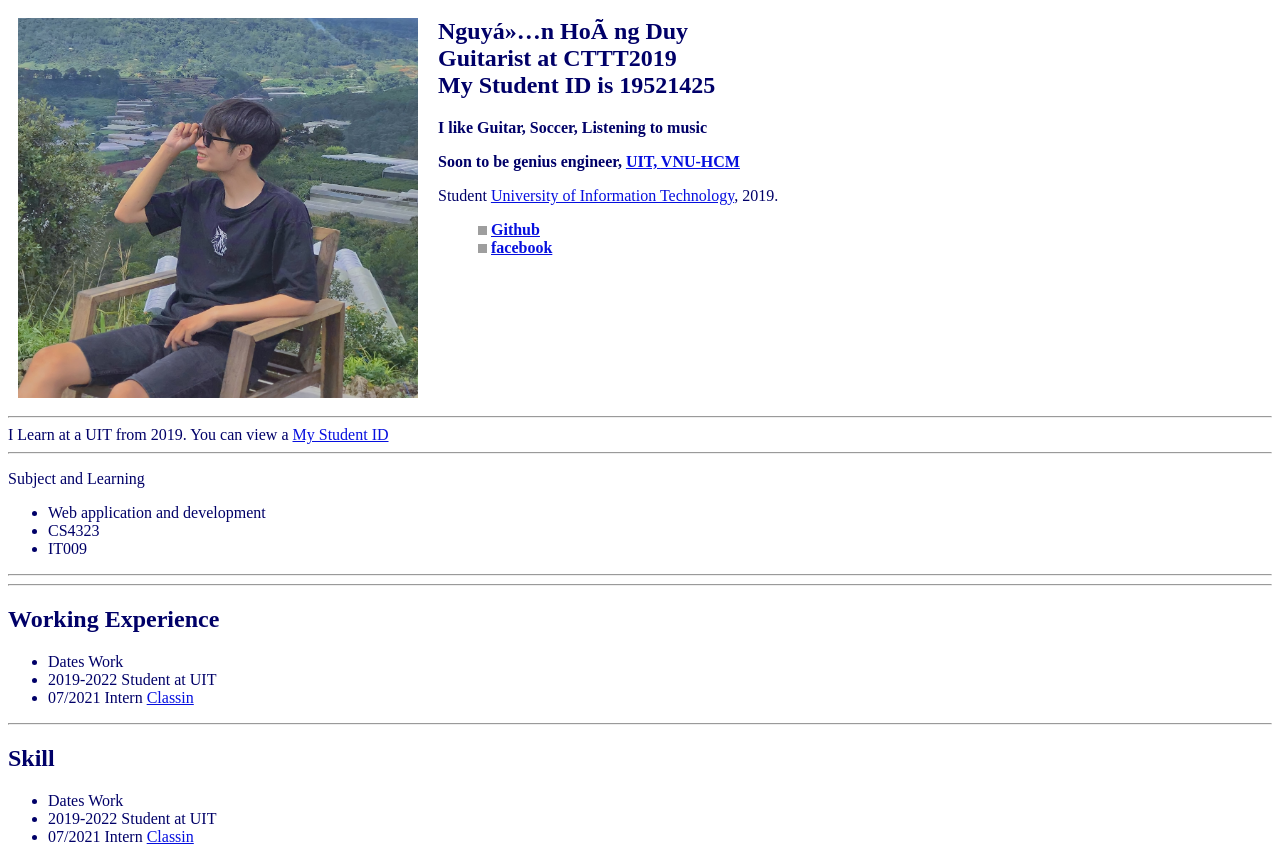
Repository: HoangDuy315/web-dev2022
Page: ex2.html
These files come from the project's save history. The page is drawn as it stood at one moment and after the next save; the edit follows.
The browser window is 1280 px wide. The pictures show the whole page.
Pictures or frames that could not be fetched are drawn as grey boxes.

Above is the page before, as saved 2022-09-22 15:08:49.

### ex2.html
<html>
    <head>
        <title>GnahYuD</title>
        <link rel="SHORTCUT ICON" href="images/cormen-tiny.jpg">
        <script charset="utf-8" src="https://platform.twitter.com/js/button.c6c95b9789db97ea1e9742d215fff751.js"></script>
        <link rel="stylesheet" href="ex2.css">
    </head>
<body text="#000068" link="#060FDF" vlink="#060FDF" alink="#DC24C5">

<!-- <TABLE CELLPADDING="10" CELLSPACING="0" WIDTH="475"> -->
<table cellpadding="10" cellspacing="0">
<tbody><tr valign="TOP">

<td valign="TOP" width="151">

<img class="duy" src="./123.JPG"><p>

</p></td>

<td valign="TOP">

<h2>Nguyễn Hoàng Duy<br>
Guitarist at CTTT2019<br>
My Student ID is 19521425
</h2>

<p>
<strong>I like  Guitar, Soccer, Listening to music</strong>
</p>

<p><strong>Soon to be genius engineer,
<a href="https://www.uit.edu.vn/">UIT, <a href="https://vnuhcm.edu.vn/">VNU-HCM</a></a>
</strong> </p>

<p>

Student <a href="https://www.uit.edu.vn/">University of Information Technology</a>, 2019.</p><p>

</p><dd>
<b>
<img src="images/yellowsq.gif" alt="*" width="9" height="9">
  <a href="https://github.com/HoangDuy315">Github</a><br>
<img src="images/yellowsq.gif" alt="*" width="9" height="9">
     <a href="https://www.facebook.com/profile.php?id=100007746304417">facebook</a>
</b>


</dd></td>
</tr>
</tbody></table>




<hr>

I Learn at a UIT from 2019.  You can view a <a href="https://student.uit.edu.vn/">My Student ID</a>

<hr>
    <p>Subject and Learning</p>
    <ul>
        <li>Web application and development</li>
        <li>CS4323</li>
        <li>IT009</li>
    </ul>

<hr>

<hr>
    <h2>Working Experience</h2>
    <ul>
        <li>Dates Work</li>
        <li>2019-2022 Student at UIT</li>
        <li>07/2021 Intern  <a href="https://www.classin.com/">Classin</a></li>
    </ul>
</hr>

<hr>
    <h2>Skill</h2>
    <ul>
        <li>Dates Work</li>
        <li>2019-2022 Student at UIT</li>
        <li>07/2021 Intern  <a href="https://www.classin.com/">Classin</a></li>
    </ul>
</hr>

</script>

</body></html>

### ex2.css
.duy {
    color: blue;
    height: 380px;
    width: 400px;
}

After the next save:
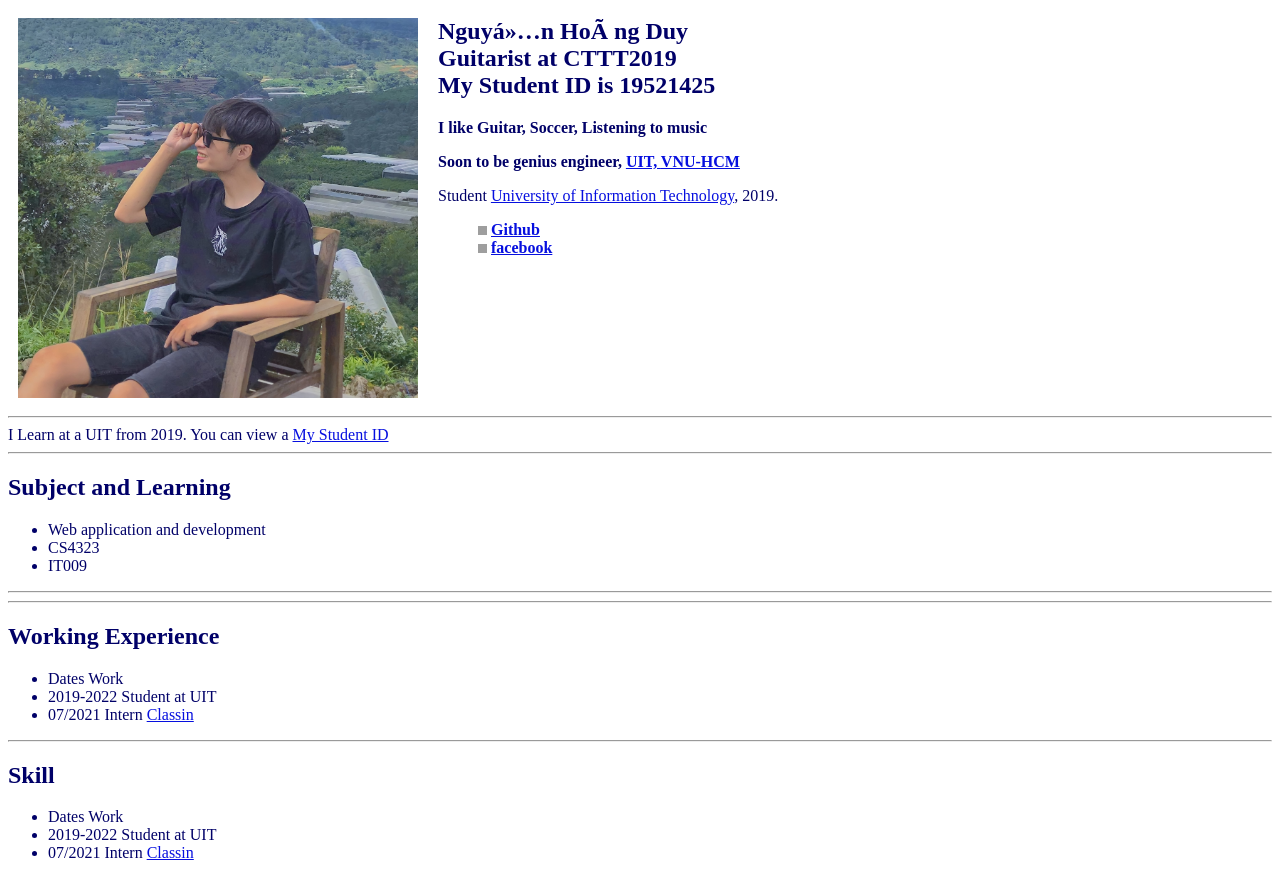
Saved 22 s later.
--- a/ex2.html
+++ b/ex2.html
@@ -57,7 +57,7 @@ Student <a href="https://www.uit.edu.vn/">University of Information Technology</
 I Learn at a UIT from 2019.  You can view a <a href="https://student.uit.edu.vn/">My Student ID</a>
 
 <hr>
-    <p>Subject and Learning</p>
+    <h2>Subject and Learning</h2>
     <ul>
         <li>Web application and development</li>
         <li>CS4323</li>
